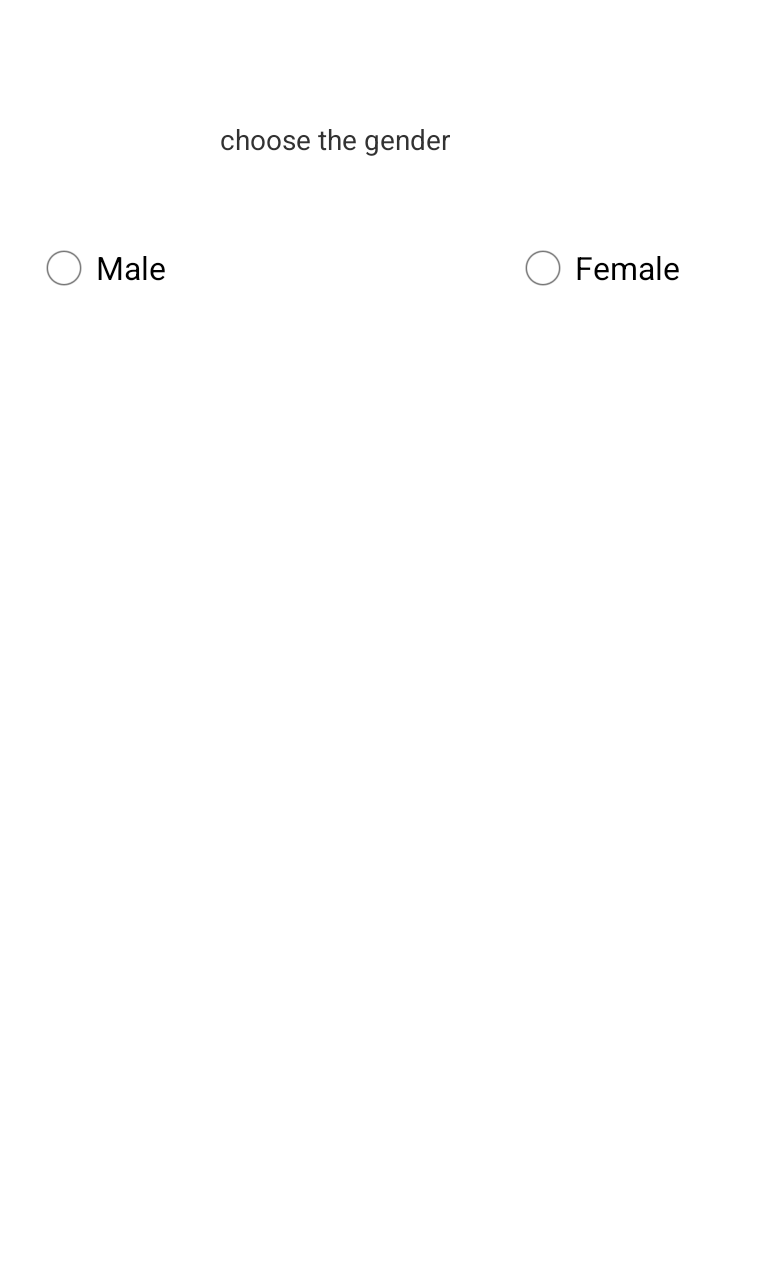
Repository: BhagyalaxmiSD/GitHub
Layout: RadioButtonDemo/res/layout/activity_main.xml
The author's editor kept a copy of each file at every save. The layout is drawn from the files as they stood at one save, then again after the next save.
It is drawn on a 768 x 1280 px phone screen (xhdpi) without system bars, with theme AppTheme; the app's code is not run.

Above is the layout before, as saved 2015-11-13 03:12:37.

After the next save:
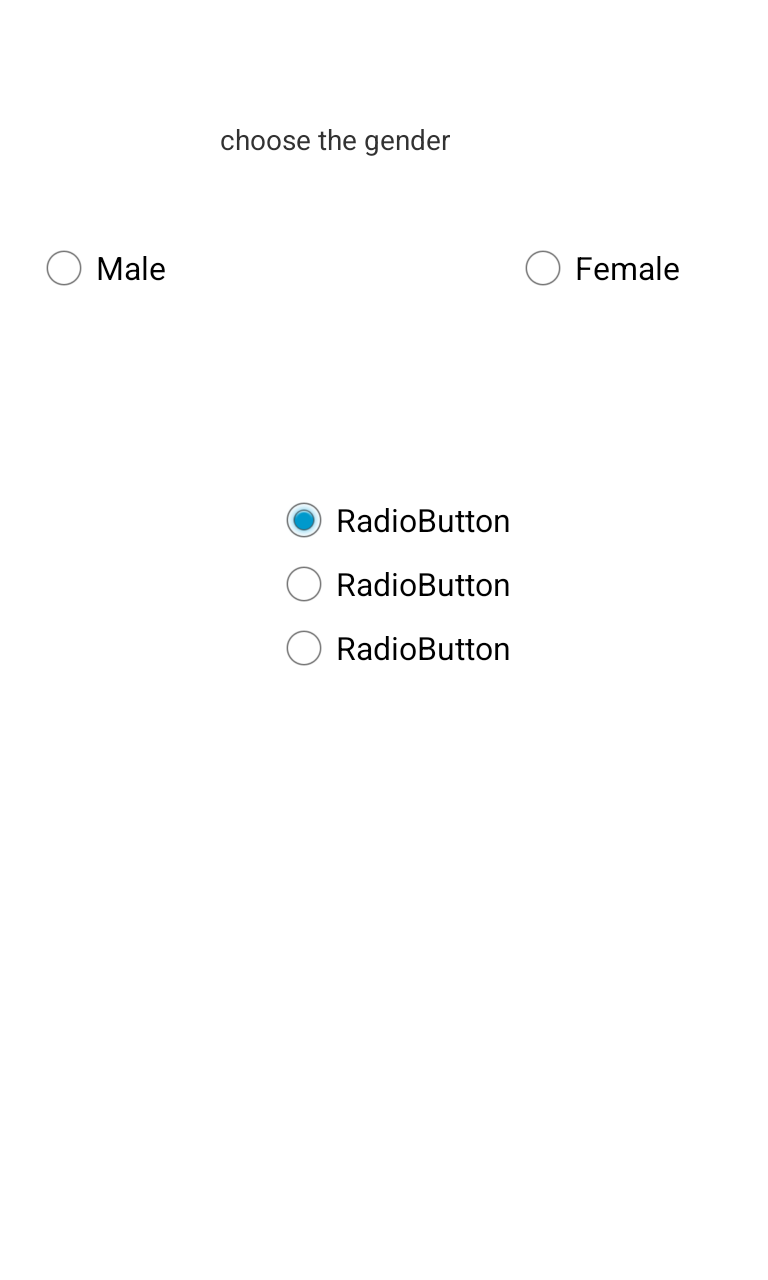
Saved 3 min 45 s later.
--- a/RadioButtonDemo/res/layout/activity_main.xml
+++ b/RadioButtonDemo/res/layout/activity_main.xml
@@ -37,4 +37,32 @@
         android:layout_marginLeft="94dp"
         android:text="choose the gender" />
 
+    <RadioGroup
+        android:id="@+id/radioGroup1"
+        android:layout_width="wrap_content"
+        android:layout_height="wrap_content"
+        android:layout_below="@+id/radioButtonchoice1"
+        android:layout_marginTop="94dp"
+        android:layout_toLeftOf="@+id/radioButtonchoice2" >
+
+        <RadioButton
+            android:id="@+id/radio0"
+            android:layout_width="wrap_content"
+            android:layout_height="wrap_content"
+            android:checked="true"
+            android:text="RadioButton" />
+
+        <RadioButton
+            android:id="@+id/radio1"
+            android:layout_width="wrap_content"
+            android:layout_height="wrap_content"
+            android:text="RadioButton" />
+
+        <RadioButton
+            android:id="@+id/radio2"
+            android:layout_width="wrap_content"
+            android:layout_height="wrap_content"
+            android:text="RadioButton" />
+    </RadioGroup>
+
 </RelativeLayout>
